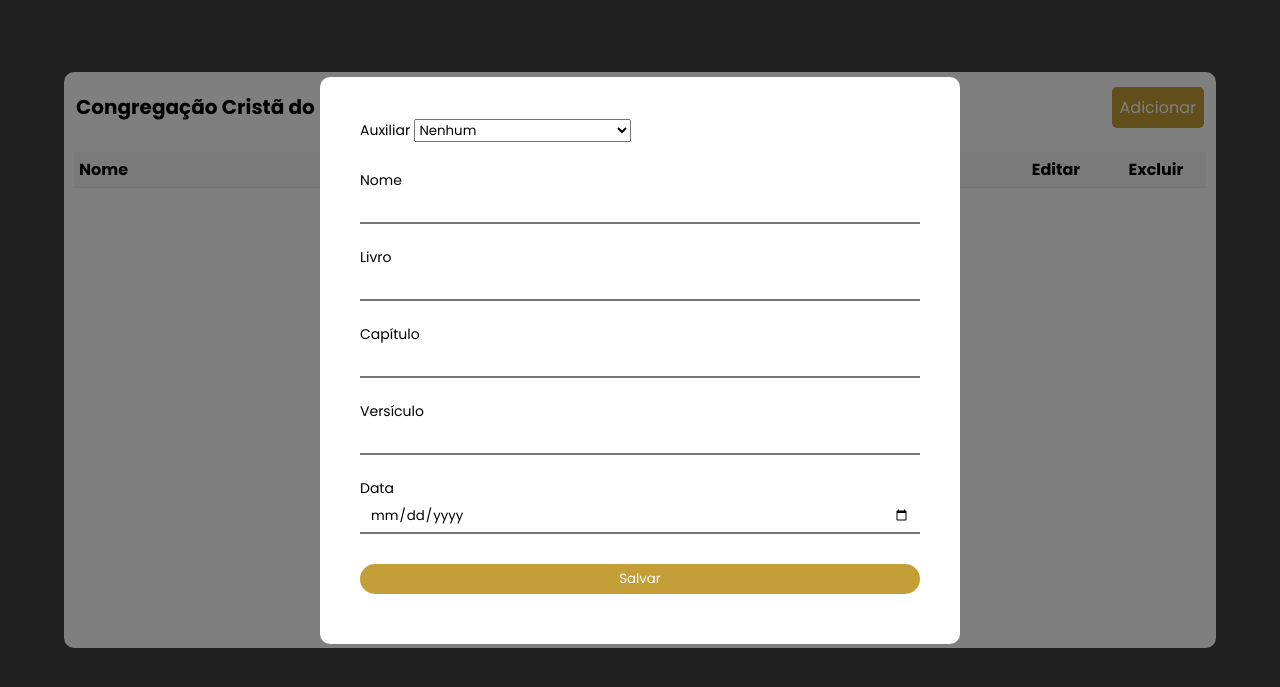
Repository: Matheus904-12/API-da-CCB
Page: index.html
The author's editor kept a copy of each file at every save. The page is drawn from the files as they stood at one save, then again after a run of saves.
The browser window is 1280 px wide. The pictures show the whole page.
After loading, the first visible `#new` was clicked once.

Above is the page before, as saved 2024-01-12 03:41:12.

### index.html
<!DOCTYPE html>
<html lang="pt-br">

<head>
  <meta charset="UTF-8">
  <meta http-equiv="X-UA-Compatible" content="IE=edge">
  <meta name="viewport" content="width=device-width, initial-scale=1.0">
  <title>CCB - Central</title>
  <link rel="stylesheet" href="style.css">
  <link href='https://unpkg.com/boxicons@2.1.1/css/boxicons.min.css' rel='stylesheet'>
</head>

<body>
  <div class="container">
    <div class="header">
      <span>Congregação Cristã do Brasil - Central de Ferraz de Vasconcelos</span>
      <button onclick="openModal()" id="new">Adicionar</button>
    </div>

    <div class="divTable">
      <table>
        <thead>
          <tr>
            <th>Nome</th>
            <th>Livro</th>
            <th>Data</th>
            <th class="acao">Editar</th>
            <th class="acao">Excluir</th>
          </tr>
        </thead>
        <tbody>
        </tbody>
      </table>
    </div>

    <div class="modal-container">
      <div class="modal">
        <form>
          <label for="gender2">Auxiliar</label>
          <select id="gender2">
            <option value="">Nenhum</option>
            <option value="">Aline Gomes Santos</option>
            <option value="">Alfredo Bruske Schuster</option>
            <option value="">Alef Vinicius</option>
            <option value="">José Victor Zeller Gonçalves</option>
            <option value="">Jonas Amorim Lopes da Silva</option>
            <option value="">Loraine de Assis Souza</option>
            <option value="">Natália de Sena Marques</option>
          </select>
<br>
<br>
          <label for="m-nome">Nome</label>
          <input id="m-nome" type="text" required />

          <label for="m-funcao">Livro</label>
          <input id="m-funcao" type="text" required />

          <label for="m-capitulo">Capítulo</label>
          <input id="m-capitulo" type="number" required />

          <label for="m-versiculo">Versículo</label>
            <input id="m-versiculo" type="number" required />

            <label for="m-date">Data</label>
            <input id="m-date" type="date" required />

          <button id="btnSalvar">Salvar</button>
        </form>
      </div>
    </div>

  </div>
  <script src="script.js"></script>
</body>

</html>

### style.css
@import url('https://fonts.googleapis.com/css2?family=Poppins:wght@200;300;400;500;700&family=Roboto:wght@100;300;400;500;700;900&family=Source+Sans+Pro:wght@200;300;400;600;700;900&display=swap');

* {
  margin: 0;
  padding: 0;
  box-sizing: border-box;
  font-family: 'Poppins', sans-serif;
}

body {
  width: 100vw;
  height: 100vh;
  display: flex;
  align-items: center;
  justify-content: center;
  background-color: rgba(0, 0, 0, 0.748);
}

button {
  cursor: pointer;
}

.container {
  width: 90%;
  height: 80%;
  border-radius: 10px;
  background: white;
}

.header {
  min-height: 70px;
  display: flex;
  align-items: center;
  justify-content: space-between;
  margin: auto 12px;
}

.header span {
  font-weight: 900;
  font-size: 20px;
  word-break: break-all;
}

#new {
  font-size: 16px;
  padding: 8px;
  border-radius: 5px;
  border: none;
  color: white;
  background-color: rgb(196, 158, 55);
}

.divTable {
  padding: 10px;
  width: auto;
  height:inherit;
  overflow:auto;
}

.divTable::-webkit-scrollbar {
  width: 12px;
  background-color: whitesmoke;
}

.divTable::-webkit-scrollbar-thumb {
  border-radius: 10px;
  background-color: darkgray;
}

table {
  width: 100%;
  border-spacing: 10px;
  word-break: break-all;
  border-collapse: collapse;
}

thead {
  background-color: whitesmoke;
}

tr {
  border-bottom: 1px solid rgb(238, 235, 235)!important;
}

tbody tr td {
  vertical-align: text-top;
  padding: 6px;
  max-width: 50px;
}

thead tr th {
  padding: 5px;
  text-align: start;
  margin-bottom: 50px;
}

tbody tr {
  margin-bottom: 50px;
}

thead tr th.acao {
  width: 100px!important;
  text-align: center;
}

tbody tr td.acao {
  text-align: center;
}

@media (max-width: 700px) {
  body {
    font-size: 10px;
  }

  .header span {
    font-size: 15px;
  }

  #new {
    padding: 5px;
    font-size: 10px;
  }

  thead tr th.acao {
    width: auto!important;
  }

  td button i {
    font-size: 20px!important;
  }

  td button i:first-child {
    margin-right: 0;
  }

  .modal {
    width: 90%!important;
  }

  .modal label {
    font-size: 12px!important;
  }
}

.modal-container {
  width: 100vw;
  height: 100vh;
  position: fixed;
  top: 0;
  left: 0;
  background-color: rgba(0, 0, 0, 0.5);
  display: none;
  z-index: 999;
  align-items: center;
  justify-content: center;
}

.modal {
  display: flex;
  flex-direction: column;
  align-items: center;
  padding: 40px;
  background-color: white;
  border-radius: 10px;
  width: 50%;
}

.modal label {
  font-size: 14px;
  width: 100%;
}

.modal input {
  width: 100%;
  outline: none;
  padding: 5px 10px;
  width: 100%;
  margin-bottom: 20px;
  border-top: none;
  border-left: none;
  border-right: none;
}

.modal button {
  width: 100%;
  margin: 10px auto;
  outline: none;
  border-radius: 20px;
  padding: 5px 10px;
  width: 100%;
  border: none;
  background-color: rgb(196, 158, 55);
  color: white;
}

.active {
  display: flex;
}

.active .modal {
  animation: modal .4s;
}

@keyframes modal {
  from {
    opacity: 0;
    transform: translate3d(0, -60px, 0);
  }
  to {
    opacity: 1;
    transform: translate3d(0, 0, 0);
  }
}

td button {
  border: none;
  outline: none;
  background: transparent;
}

td button i {
  font-size: 25px;
}

td button i:first-child {
  margin-right: 10px;
}

### script.js
const modal = document.querySelector('.modal-container');
const tbody = document.querySelector('tbody');
const sNome = document.querySelector('#m-nome');
const sFuncao = document.querySelector('#m-funcao');
const sCapitulo = document.querySelector('#m-capitulo');
const sVersiculo = document.querySelector('#m-versiculo');
const sData = document.querySelector('#m-date');
const btnSalvar = document.querySelector('#btnSalvar');

let funcionarios;
let id;

function openModal(edit = false, index = 0) {
    modal.style.display = 'flex';

    modal.onclick = e => {
        if (e.target.className.indexOf('modal-container') !== -1) {
            modal.style.display = 'none';
        }
    };

    if (edit) {
        sNome.value = funcionarios[index].nome;
        sFuncao.value = funcionarios[index].funcao;
        sCapitulo.value = funcionarios[index].capitulo;
        sVersiculo
        id = index;
    } else {
        sNome.value = '';
        sFuncao.value = '';
        sCapitulo.value = '';
        sVersiculo.value = '';
    }
}

function deleteFuncionario(index) {
    funcionarios.splice(index, 1);
    setFuncionariosBD();
    loadFuncionarios();
}

function saveFuncionario() {
    if (sNome.value === '' || sFuncao.value === '' || sCapitulo.value === '') {
        return;
    }

    if (id !== undefined) {
        funcionarios[id].nome = sNome.value;
        funcionarios[id].funcao = sFuncao.value;
        funcionarios[id].salario = sSalario.value;
    } else {
        funcionarios.push({
            'nome': sNome.value,
            'funcao': sFuncao.value,
            'salario': sSalario.value
        });
    }

    setFuncionariosBD();

    modal.style.display = 'none';
    loadFuncionarios();
    id = undefined;
}

function insertFuncionario(funcionario, index) {
    let tr = document.createElement('tr');

    tr.innerHTML = `
        <td>${funcionario.nome}</td>
        <td>${funcionario.funcao}</td>
        <td>R$ ${funcionario.salario}</td>
        <td class="acao">
            <button onclick="openModal(true, ${index})"><i class='bx bx-edit'></i></button>
        </td>
        <td class="acao">
            <button onclick="deleteFuncionario(${index})"><i class='bx bx-trash'></i></button>
        </td>
    `;
    tbody.appendChild(tr);
}

function loadFuncionarios() {
    funcionarios = getFuncionariosBD();
    tbody.innerHTML = '';
    funcionarios.forEach((funcionario, index) => {
        insertFuncionario(funcionario, index);
    });
}

const getFuncionariosBD = () => JSON.parse(localStorage.getItem('dbfuncionarios')) || [];
const setFuncionariosBD = () => localStorage.setItem('dbfuncionarios', JSON.stringify(funcionarios));

btnSalvar.onclick = e => {
    e.preventDefault();
    saveFuncionario();
};

loadFuncionarios();

After the next 14 saves:
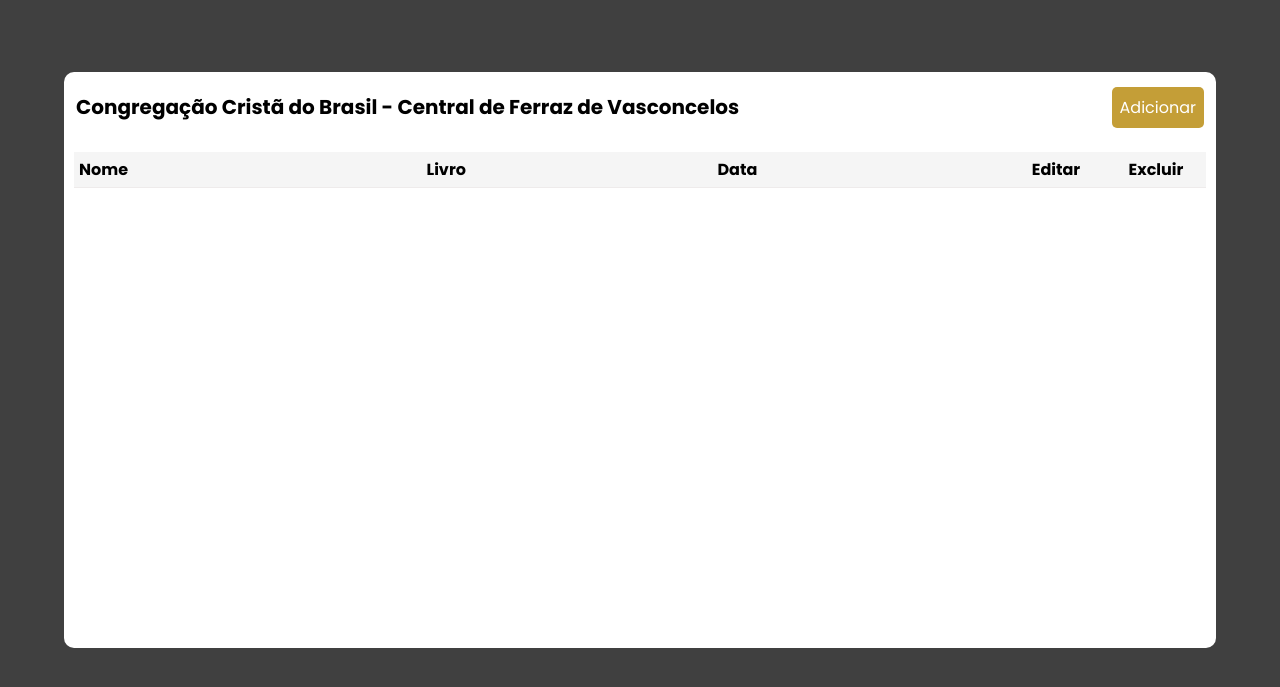
Console error: SyntaxError: Unexpected token ']'
The 14 saves are shown as one change because they came seconds apart.
The last was saved 36 s later.
--- a/script.js
+++ b/script.js
@@ -23,7 +23,8 @@
         sNome.value = funcionarios[index].nome;
         sFuncao.value = funcionarios[index].funcao;
         sCapitulo.value = funcionarios[index].capitulo;
-        sVersiculo
+        sVersiculo.value = funcionarios[index].versicolo;
+        sData.value = funcionarios[]
         id = index;
     } else {
         sNome.value = '';

After the save that followed:
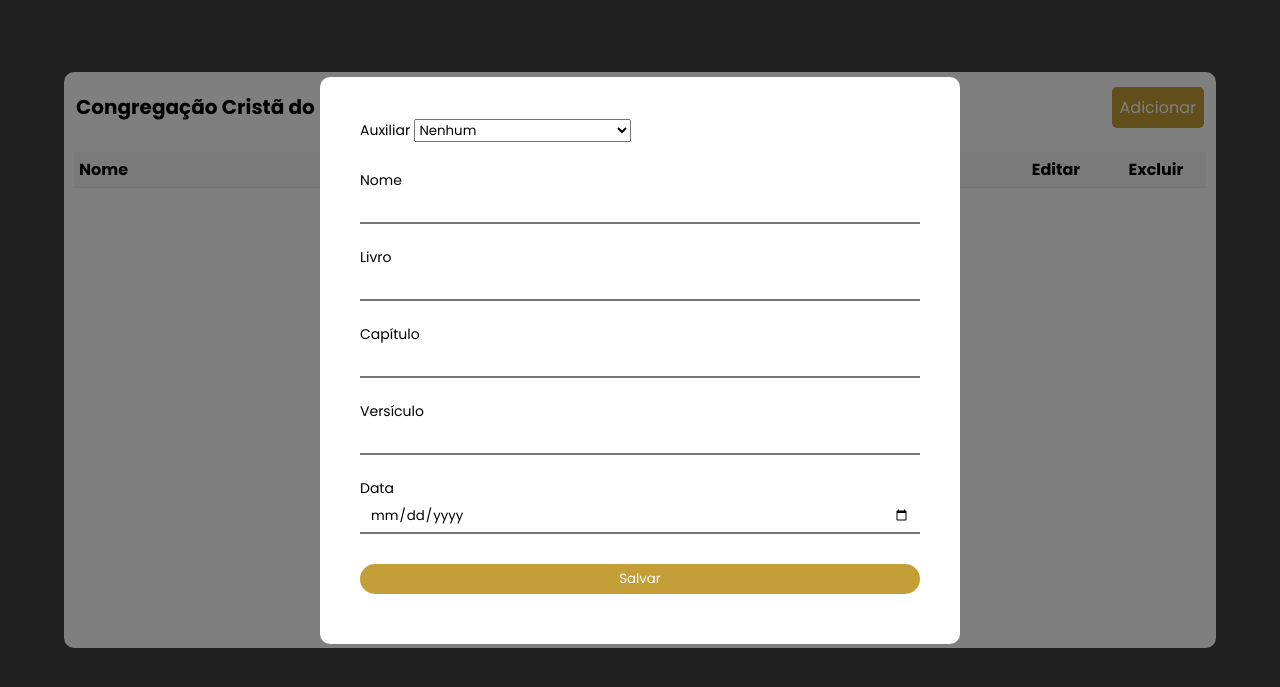
The error is gone.
Saved 4 s later.
--- a/script.js
+++ b/script.js
@@ -24,7 +24,7 @@
         sFuncao.value = funcionarios[index].funcao;
         sCapitulo.value = funcionarios[index].capitulo;
         sVersiculo.value = funcionarios[index].versicolo;
-        sData.value = funcionarios[]
+        sData.value = funcionarios[index]
         id = index;
     } else {
         sNome.value = '';
